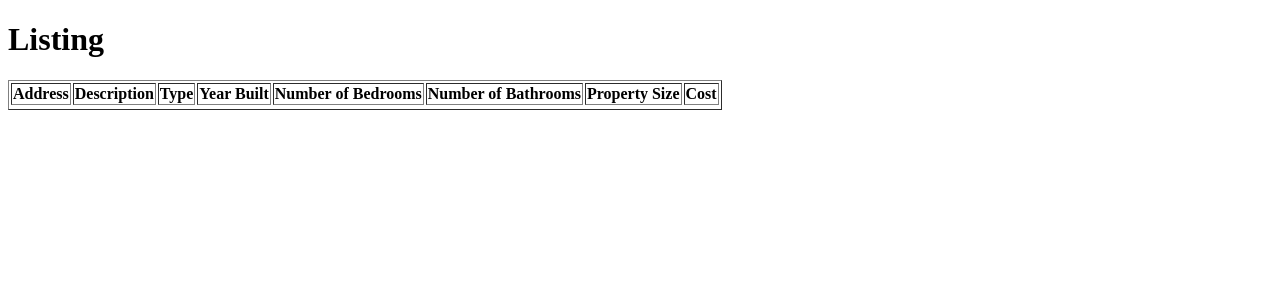
Repository: rickytorrez/test
Page: http://localhost/dcHome/WEB-INF/listing.jsp
An editor plug-in stored every save of this project. The page is shown before and after the next save, followed by the edit.
The browser window is 1280 px wide. The pictures show the whole page.
The page is served by Tomcat 9. Nobody is signed in. Other server files are loaded and not shown. The template is opened directly, without the code that normally fills it, so the values that code supplies are empty.

Above is the page before, as saved 2018-05-31 17:10:30.

### dcHome/src/main/webapp/WEB-INF/listing.jsp
<%@ page language="java" contentType="text/html; charset=UTF-8"
    pageEncoding="UTF-8"%>
<%@ taglib uri="http://java.sun.com/jsp/jstl/core" prefix="c" %>
<%@taglib prefix="fmt" uri="http://java.sun.com/jsp/jstl/fmt"%>
<%@taglib prefix="form" uri="http://www.springframework.org/tags/form"%>
<%@ taglib prefix="spring" uri="http://www.springframework.org/tags" %>
<!DOCTYPE html PUBLIC "-//W3C//DTD HTML 4.01 Transitional//EN" "http://www.w3.org/TR/html4/loose.dtd">
<html>
	<head>
		<meta http-equiv="Content-Type" content="text/html; charset=UTF-8">
		<title>Listings</title>
	</head>
		<body>
			<h1>Listing</h1>
			<table border="1px">
				<tr>
					<th>Address</th>
					<th>Description</th>
					<th>Type</th>
					<th>Year Built</th>
					<th>Number of Bedrooms</th>
					<th>Number of Bathrooms</th>
					<th>Property Size</th>
					<th>Cost</th>
				</tr>
				<c:forEach items="${listings}" var="listing">
				<tr>
					<td>${ listing.address }</td>
		 			<td>${ listing.description }</td>
		 			<td>${ listing.type }</td>
		 			<td>${ listing.yearbuilt }</td>
		 			<td>${ listing.numberofrooms }</td>
		 			<td>${ listing.numberofbathrooms }</td>
		 			<td>${ listing.size }</td>
		 			<td>${ listing.cost }</td>
				</tr>
				</c:forEach>

				<tr></tr>
			</table>

		</body>
</html>

After the next save:
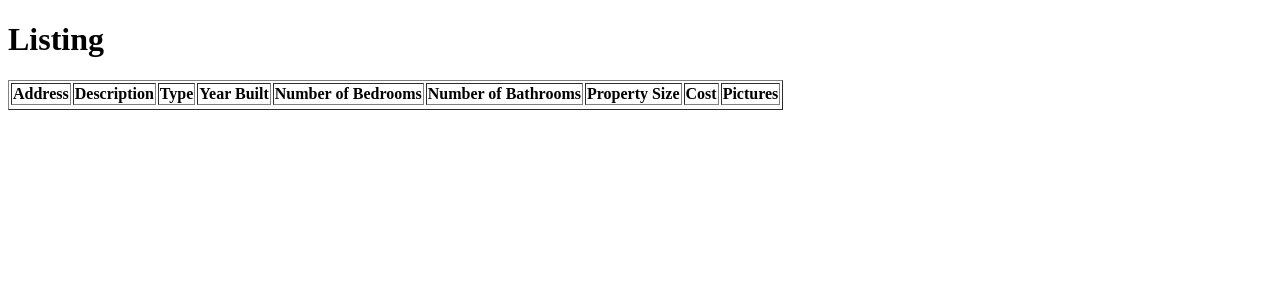
Saved 5 min 7 s later.
--- a/dcHome/src/main/webapp/WEB-INF/listing.jsp
+++ b/dcHome/src/main/webapp/WEB-INF/listing.jsp
@@ -22,6 +22,7 @@
 					<th>Number of Bathrooms</th>
 					<th>Property Size</th>
 					<th>Cost</th>
+					<th>Pictures</th>
 				</tr>
 				<c:forEach items="${listings}" var="listing">
 				<tr>
@@ -33,6 +34,7 @@
 		 			<td>${ listing.numberofbathrooms }</td>
 		 			<td>${ listing.size }</td>
 		 			<td>${ listing.cost }</td>
+
 				</tr>
 				</c:forEach>
 
